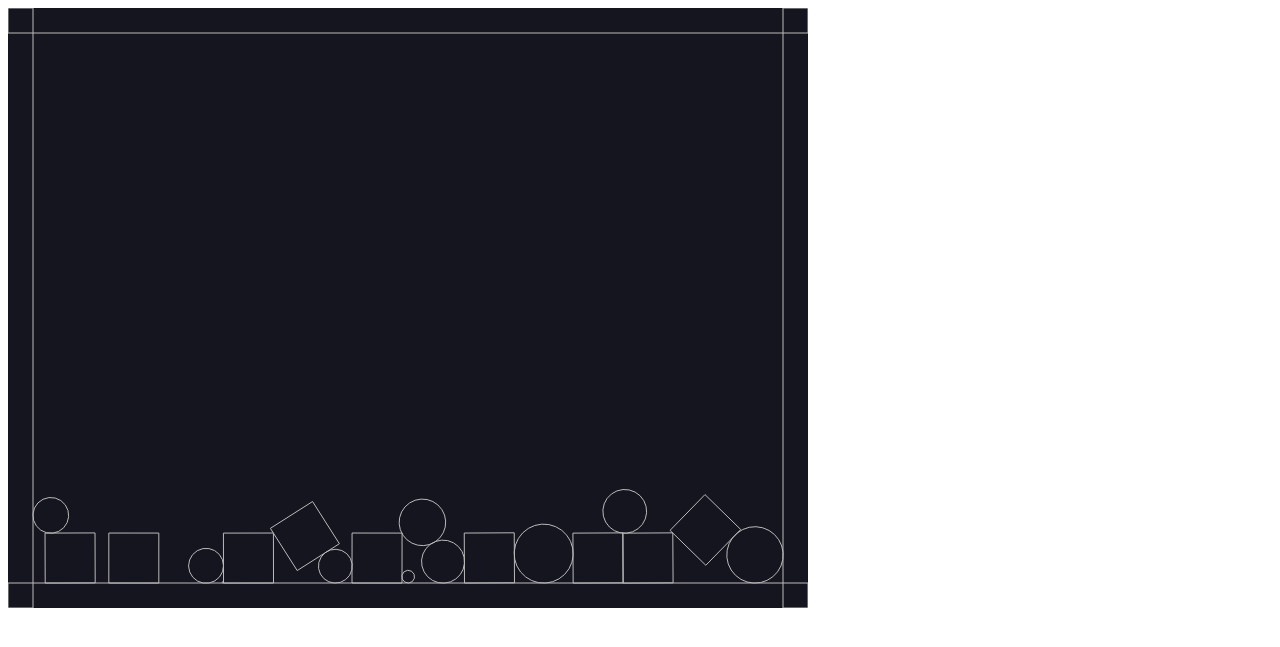
Repository: Sbethm/maze-runner
Page: index.html
These files come from the project's save history. The page is drawn as it stood at one moment and after a run of saves; the edit follows.
The browser window is 1280 px wide. The pictures show the whole page.
Some web libraries are served in a nearby version.

Above is the page before, as saved 2021-10-01 16:26:14.

After the next 5 saves:
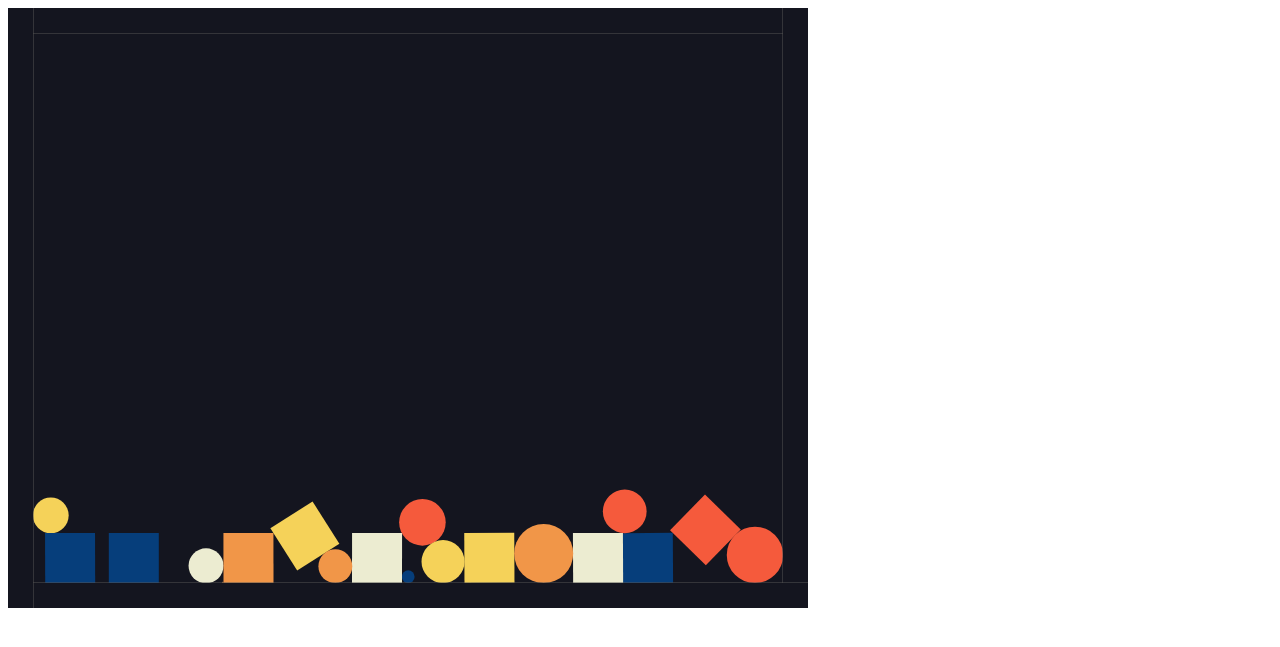
The 5 saves are shown as one change because they came seconds apart.
The last was saved 2 min 8 s later.
--- a/app.js
+++ b/app.js
@@ -9,6 +9,7 @@ const render = Render.create({
     element: document.body,
     engine: engine,
     options: {
+        wireframes: false,
         width,
         height
     }
